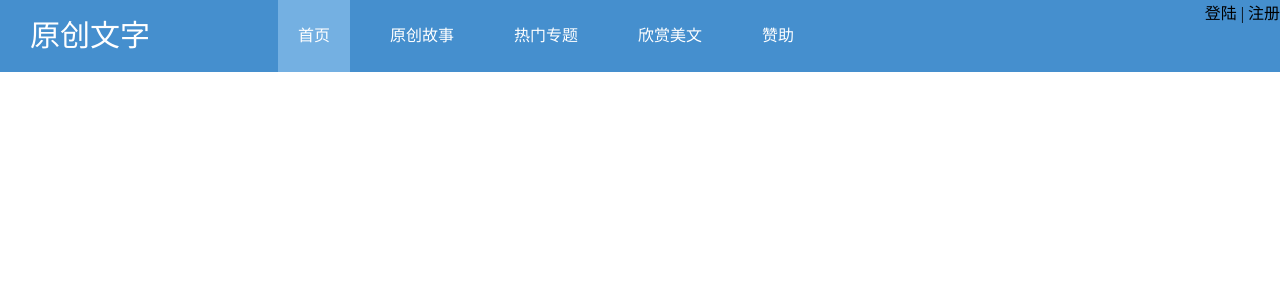
Repository: equation-zheng/Article
Page: http://localhost/Idles/
An editor plug-in stored every save of this project. The page is shown before and after the next save, followed by the edit.
The browser window is 1280 px wide. The pictures show the whole page.
The page is served by Tomcat 9. Other server files are loaded and not shown.

Above is the page before, as saved 2017-12-05 10:24:06.

### Service/apache-tomcat-7.0.82/Idles/WebContent/index.jsp
<?xml version="1.0" encoding="UTF-8" ?>
<%@ page language="java" contentType="text/html; charset=UTF-8"
    pageEncoding="UTF-8"%>
<!DOCTYPE html PUBLIC "-//W3C//DTD XHTML 1.0 Transitional//EN" "http://www.w3.org/TR/xhtml1/DTD/xhtml1-transitional.dtd">
<html xmlns="http://www.w3.org/1999/xhtml">
<head>
<meta http-equiv="Content-Type" content="text/html; charset=UTF-8" />
<title>首页</title>
</head>
<style>
	* {
		margin: 0;
		padding: 0;
		font-family: "微软雅黑";
	}
	ul li {
		list-style: none;
	}
	.header {
		height: 72px;
		background: #458fce;
	}
	.header .logo {
		color: #fff;
		line-height: 72px;
		font-size: 30px;
		margin-left: 30px;
		display: inline-block;
		font-weight: 500;
		float: left;
	}
	.header ul .first {
		margin-left: 10%;
		background: #74b0e2;
	}
	.header ul li {
		float: left;
		line-height: 72px;
		margin-left: 20px;
		padding: 0 20px 0 20px;
		color: #fff;
	}
	.header ul li:hover{
		background: #74b0e2;
		color: #D6E1CC;
	}
	.header .login {
		float: right;
	}

</style>
<body>
	<div class="header">
	<div class='logo'>原创文字</div>
		<ul>
			<li class='first'>首页</li>
			<li>原创故事</li>
			<li>热门专题</li>
			<li>欣赏美文</li>
			<li>赞助</li>
		</ul>
		<div class='login'>
			<span>登陆</span>
			<span>|</span>
			<span>注册</span>
		</div>

	</div>
</body>
</html>

After the next save:
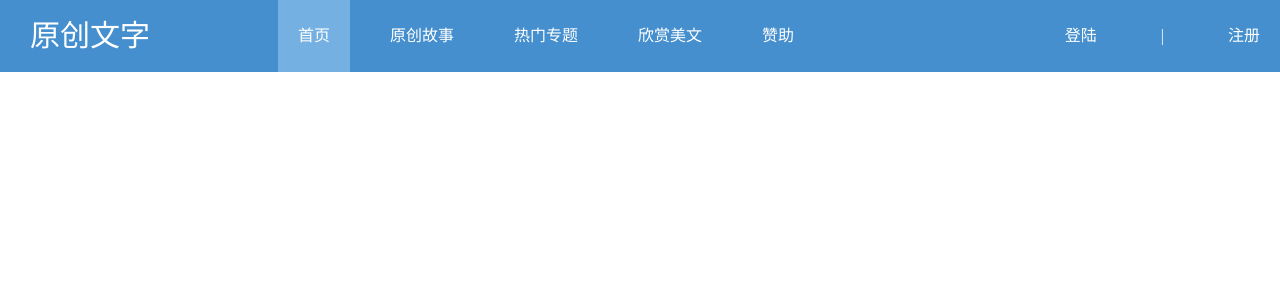
Saved 73 s later.
--- a/Service/apache-tomcat-7.0.82/Idles/WebContent/index.jsp
+++ b/Service/apache-tomcat-7.0.82/Idles/WebContent/index.jsp
@@ -47,6 +47,12 @@
 	.header .login {
 		float: right;
 	}
+	.header .login span {
+		line-height: 72px;
+		margin-left: 20px;
+		padding: 0 20px 0 20px;
+		color: #fff;
+	}
 
 </style>
 <body>
@@ -64,7 +70,6 @@
 			<span>|</span>
 			<span>注册</span>
 		</div>
-
 	</div>
 </body>
 </html>
